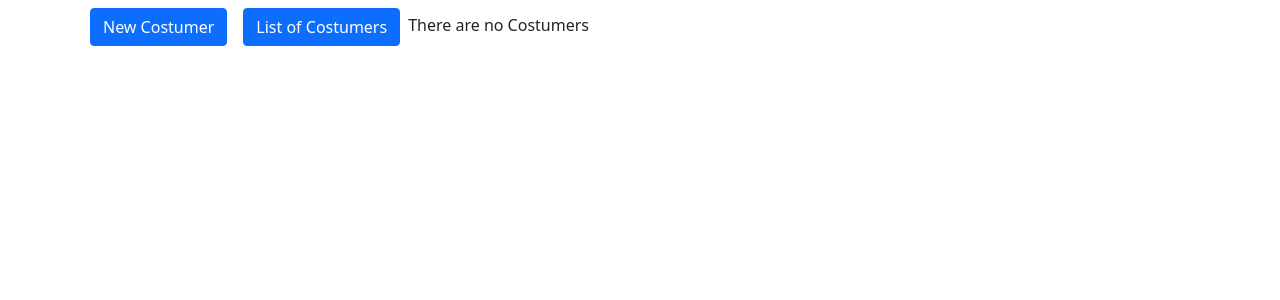
Repository: Sanjayjangra88/combo_app
Page: /
The author's editor kept a copy of each file at every save. The page is drawn from the files as they stood at one save, then again after the next save.
The browser window is 1280 px wide. The pictures show the whole page.
Some web libraries are served in a nearby version. The project was rebuilt for these pictures with package versions that can differ from the ones it lists, and the page was loaded fresh each time. Also part of the build but not shown: src/App.js.

Above is the page before, as saved 2022-06-03 16:40:24.

After the next save:
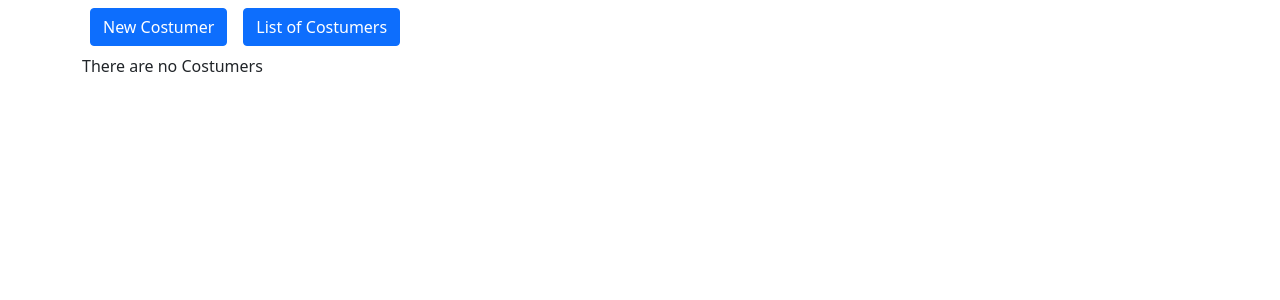
Saved 33 s later.
--- a/src/Components/dropDown6.jsx
+++ b/src/Components/dropDown6.jsx
@@ -9,7 +9,7 @@ export class dropDown extends Component {
     return (
       <div className='container'>
         <button className='btn btn-primary m-2'>New Costumer</button>
-        <button className='btn btn-primary m-2'>List of Costumers</button>
+        <button className='btn btn-primary m-2'>List of Costumers</button><br/>
         {costumers.length<=0?"There are no Costumers":costumers.map((ele)=><ul><li>{ele}</li></ul>)}
 
       </div>
